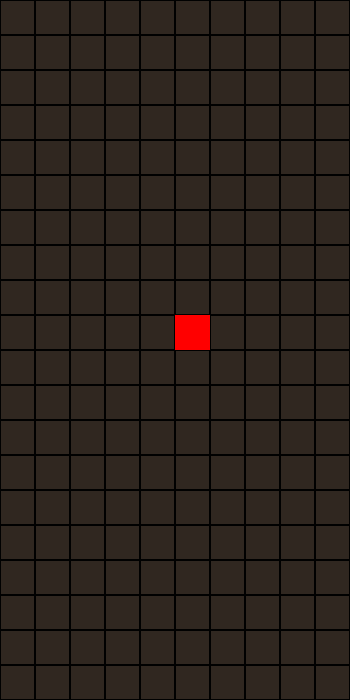
Repository: lucacdev/Tetris
Script's output: python main.py
These files come from the project's save history. The script's output is drawn as it stood at one moment and after the next save; the edit follows.
The window is shown after at most 60 frames with no key pressed. Random numbers start from a fixed seed.

Above is the script's output before, as saved 2024-02-29 18:24:26.

### main.py
from settings import *
from tetris import Tetris
import sys

class App:
    def __init__(self):
        pg.init()
        pg.display.set_caption('Tetris')
        self.screen = pg.display.set_mode(FIELD_RES)
        self.clock = pg.time.Clock()
        self.tetris = Tetris(self)

    def update(self):
        self.tetris.update()
        self.clock.tick(FPS)

    def draw(self):
        self.screen.fill(color=FIELD_COLOUR)
        self.tetris.draw()
        pg.display.flip()

    def check_events(self):
        for event in pg.event.get():
            if event.type == pg.QUIT or (event.type == pg.KEYDOWN and event.key == pg.KEY_ESCAPE):
                pg.quit()
                sys.exit()

    def run(self):
        while True:
            self.check_events()
            self.update()
            self.draw()

if __name__ == '__main__':
    app = App()
    app.run()

### settings.py
import pygame as pg

FPS = 60
FIELD_COLOUR = (48, 39, 32)

TILE_SIZE = 35
FIELD_SIZE = FIELD_W, FIELD_H = 10, 20
FIELD_RES = FIELD_W * TILE_SIZE, FIELD_H * TILE_SIZE

### tetris.py
from settings import *
import math
from tetromino import Tetromino

class Tetris:
    def __init__(self, app):
        self.app = app
        self.sprite_group = pg.sprite.Group()
        self.tetromino = Tetromino(self)

    def draw_grid(self):
        for x in range (FIELD_W):
            for y in range (FIELD_H):
                pg.draw.rect(self.app.screen, 'black',
                             (x * TILE_SIZE, y * TILE_SIZE, TILE_SIZE, TILE_SIZE), 1)

    def update(self):
        self.tetromino.update()
        self.sprite_group.update()

    def draw(self):
        self.draw_grid()
        self.sprite_group.draw(self.app.screen)

### tetromino.py
from settings import *

class Block(pg.sprite.Sprite):
    def __init__(self, tetromino, pos):
        self.tetromino = tetromino

        super().__init__(tetromino.tetris.sprite_group)
        self.image = pg.Surface([TILE_SIZE, TILE_SIZE])
        self.image.fill('red')

        self.rect = self.image.get_rect()
        self.rect.topleft = pos[0] * TILE_SIZE, pos[1] * TILE_SIZE

class Tetromino:
    def __init__(self, tetris):
        self.tetris = tetris
        Block(self, (5, 9))

    def update(self):
        pass

After the next save:
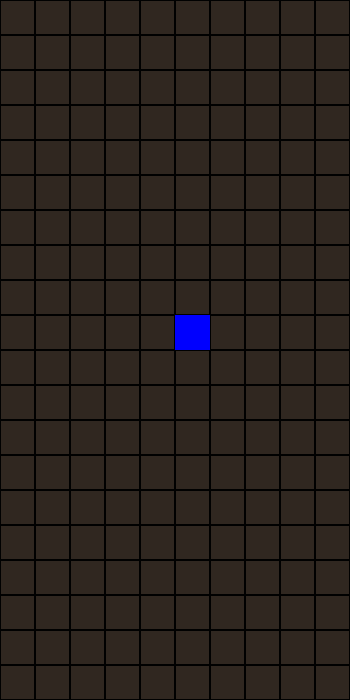
Saved 11 s later.
--- a/tetromino.py
+++ b/tetromino.py
@@ -6,7 +6,7 @@
 
         super().__init__(tetromino.tetris.sprite_group)
         self.image = pg.Surface([TILE_SIZE, TILE_SIZE])
-        self.image.fill('red')
+        self.image.fill('blue')
 
         self.rect = self.image.get_rect()
         self.rect.topleft = pos[0] * TILE_SIZE, pos[1] * TILE_SIZE
